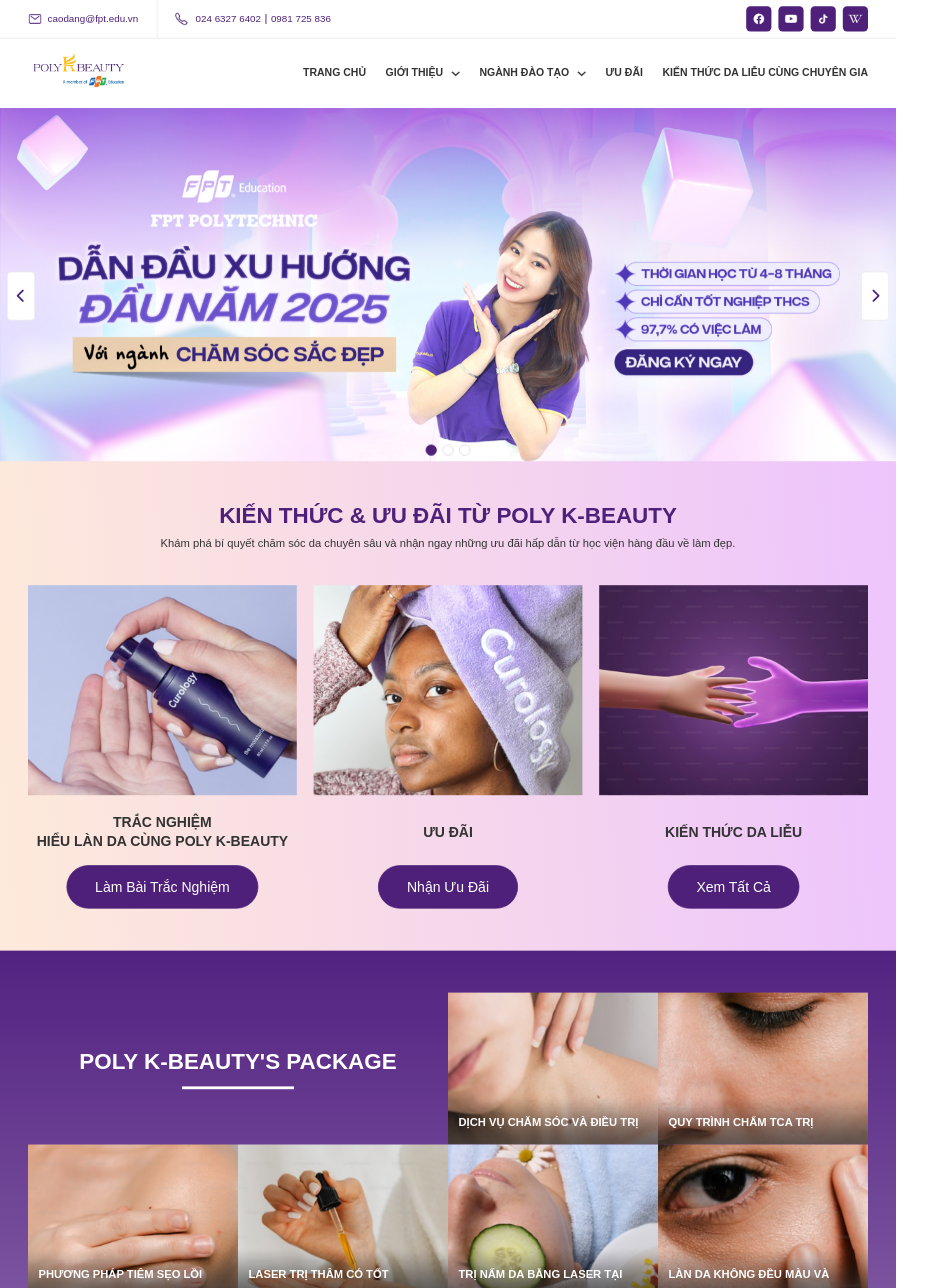
Repository: dinhtri123/k_beauty
Page: index.html
These files come from the project's save history. The page is drawn as it stood at one moment and after the next save; the edit follows.
The browser window is 1280 px wide. The page is 1333 px wide, so the pictures cover 1333 px, including what lies to the right of the window. The pictures show the part of the page from y = 0 to 1840 px (the page is 4816 px tall), at 70% of full size.
Some web fonts or font styles are not loaded; a fallback is used.

Above is the page before, as saved 2024-12-24 19:57:29.

After the next save:
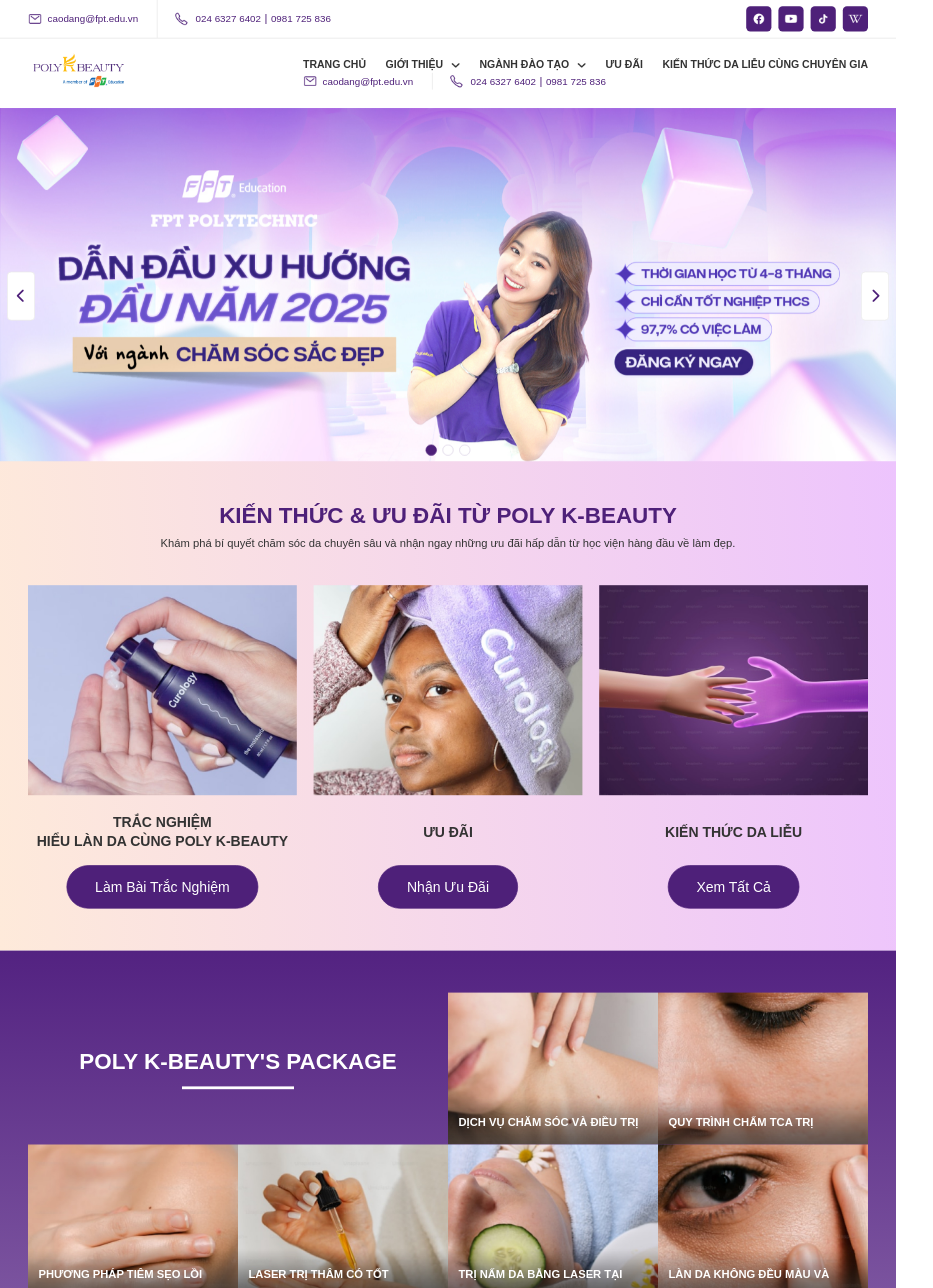
Saved 100 s later.
--- a/index.js
+++ b/index.js
@@ -2,11 +2,14 @@
   // Menu
   const btnMenu = document.querySelector(".header-btn-menu");
   const btnCloseMenu = document.querySelector(".header-btn-close");
-  const menu = document.querySelector(".header-nav");
+  const headerNav = document.querySelector(".header-nav");
   btnMenu.addEventListener("click", function () {
-    menu.classList.add("active");
+    headerNav.classList.add("active");
   });
   btnCloseMenu.addEventListener("click", function () {
-    menu.classList.remove("active");
+    headerNav.classList.remove("active");
   });
+  // Thêm thông tin header top vào menu
+  const headerInfo = document.querySelector(".header-top-left").cloneNode(true);
+  headerNav.appendChild(headerInfo);
 });

After the save that followed:
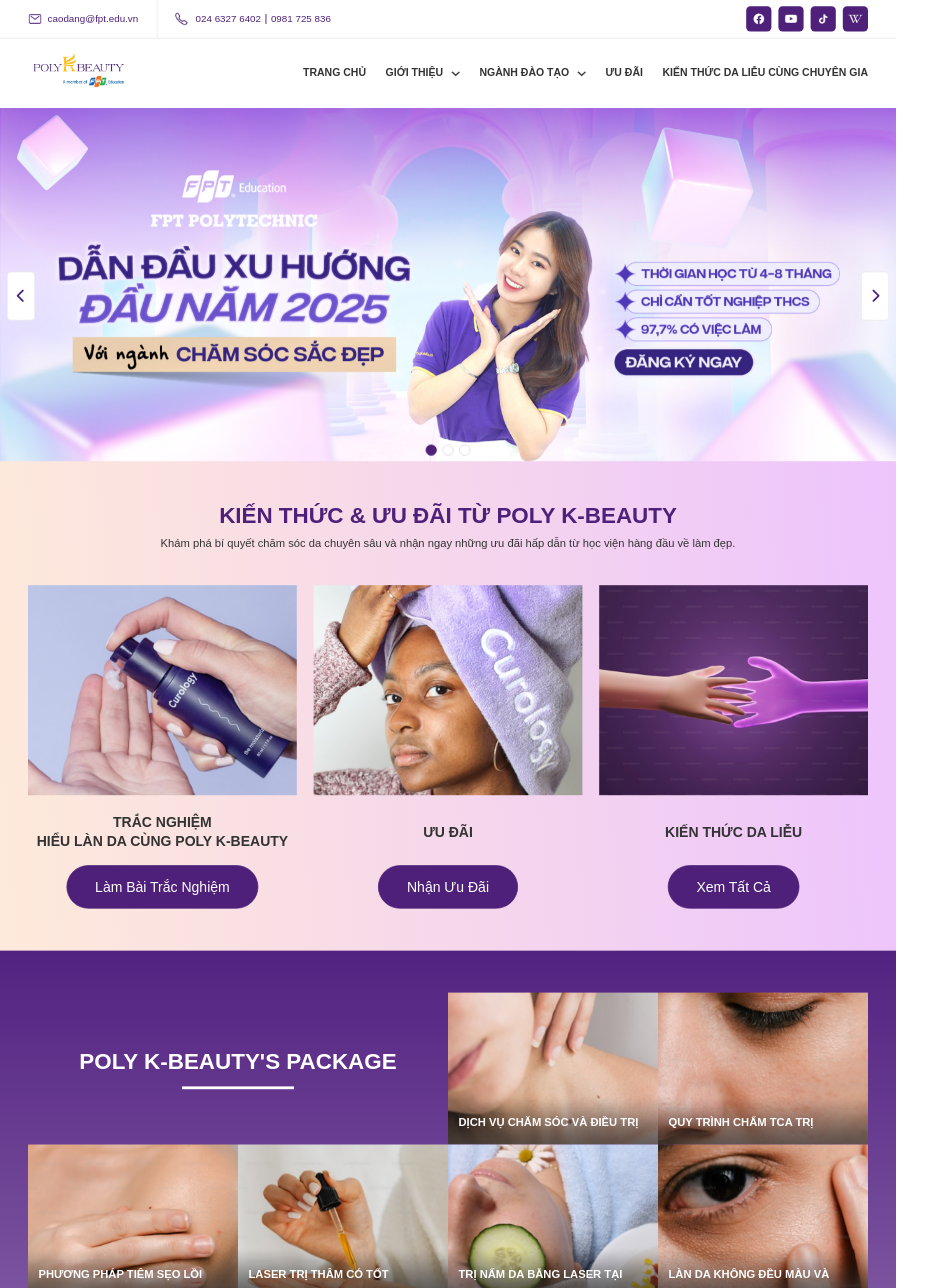
Saved 47 s later.
--- a/index.js
+++ b/index.js
@@ -10,6 +10,13 @@
     headerNav.classList.remove("active");
   });
   // Thêm thông tin header top vào menu
-  const headerInfo = document.querySelector(".header-top-left").cloneNode(true);
-  headerNav.appendChild(headerInfo);
+  const media = window.matchMedia("max-width: 991px");
+  if (media.matches) {
+    {
+      const headerInfo = document
+        .querySelector(".header-top-left")
+        .cloneNode(true);
+      headerNav.appendChild(headerInfo);
+    }
+  }
 });
